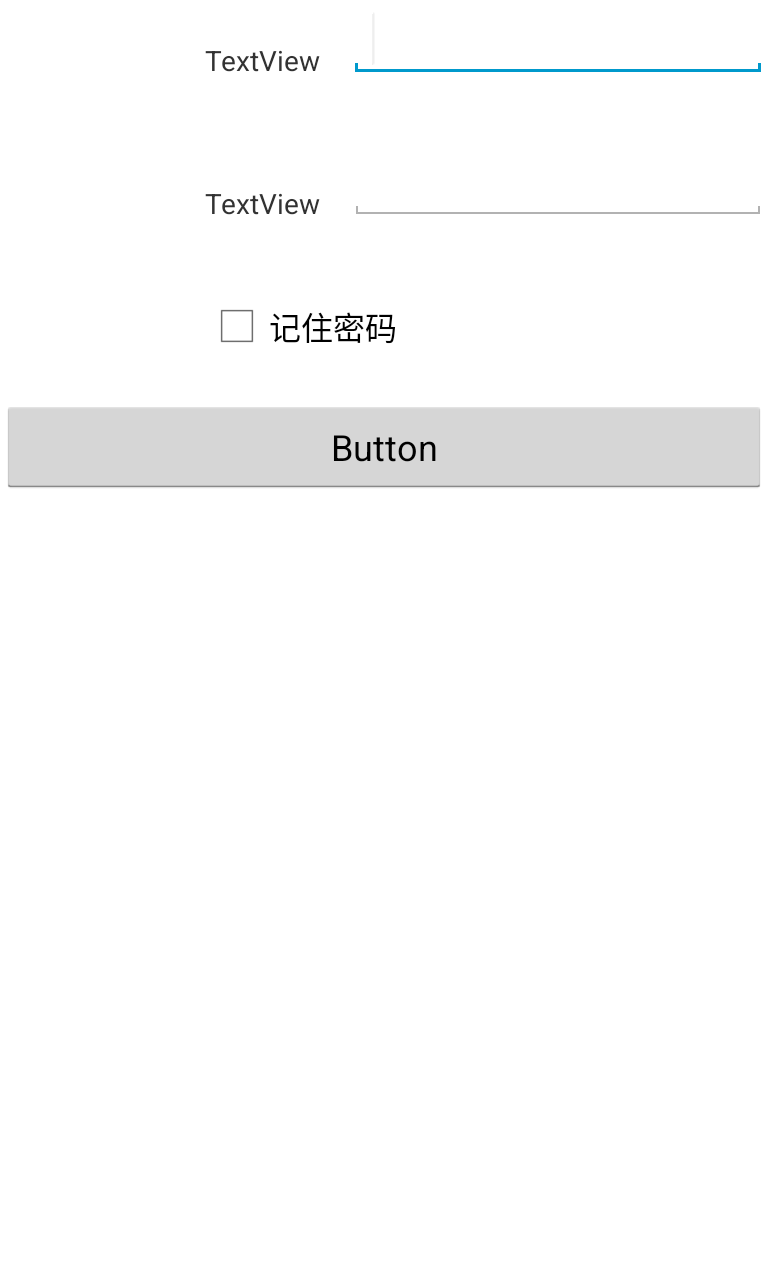
Repository: fengzixu/AndroidLearing
Layout: MyTestPrograme/AndroidDemo/res/layout/layout_save_login.xml
The author's editor kept a copy of each file at every save. The layout is drawn from the files as they stood at one save, then again after the next save.
It is drawn on a 768 x 1280 px phone screen (xhdpi) without system bars, with theme AppTheme; the app's code is not run.

Above is the layout before, as saved 2015-05-06 14:25:15.

After the next save:
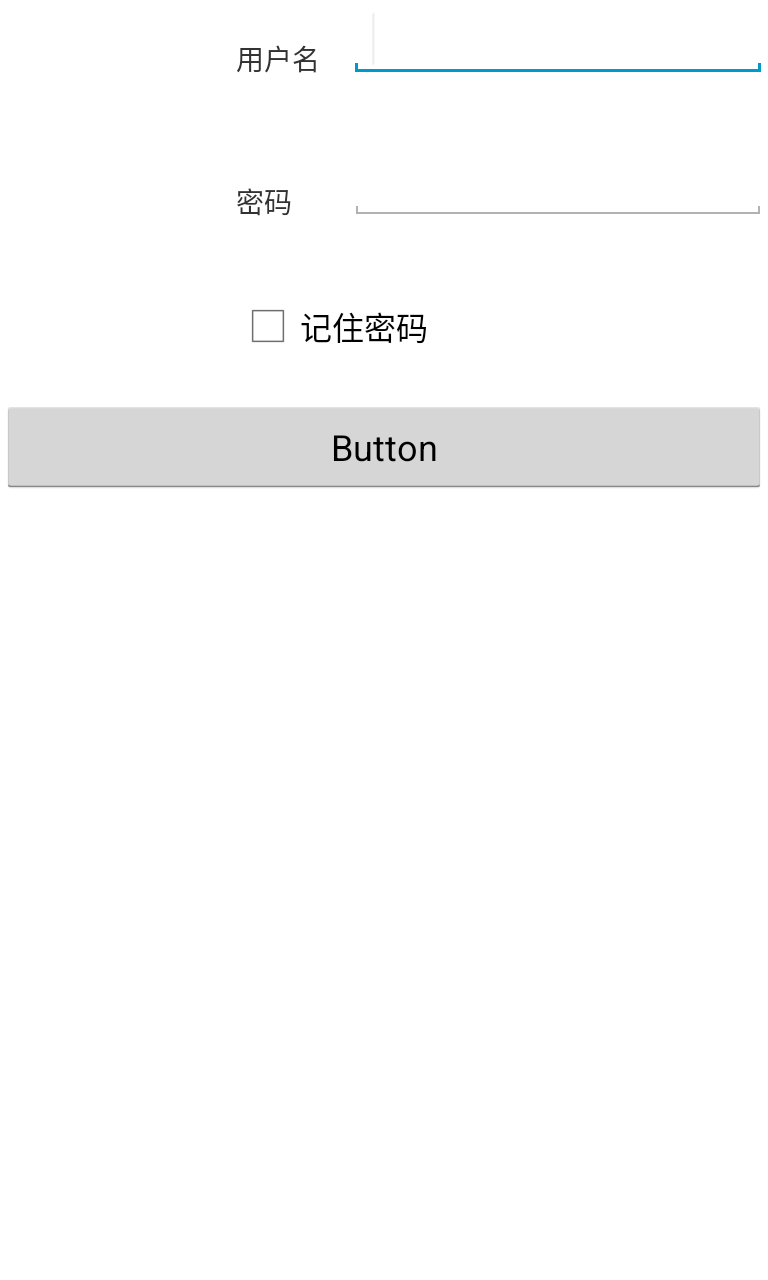
Saved 38 s later.
--- a/MyTestPrograme/AndroidDemo/res/layout/layout_save_login.xml
+++ b/MyTestPrograme/AndroidDemo/res/layout/layout_save_login.xml
@@ -18,7 +18,7 @@
         android:layout_height="wrap_content"
         android:layout_alignBottom="@+id/savelogin_passwd_editText2"
         android:layout_alignLeft="@+id/savelogin_name_textView1"
-        android:text="TextView" />
+        android:text="密码" />
 
     <EditText
         android:id="@+id/savelogin_name_editText1"
@@ -47,7 +47,7 @@
         android:layout_alignBottom="@+id/savelogin_name_editText1"
         android:layout_marginRight="14dp"
         android:layout_toLeftOf="@+id/savelogin_passwd_editText2"
-        android:text="TextView" />
+        android:text="用户名" />
 
     <CheckBox
         android:id="@+id/savelogin_checkBox1"
